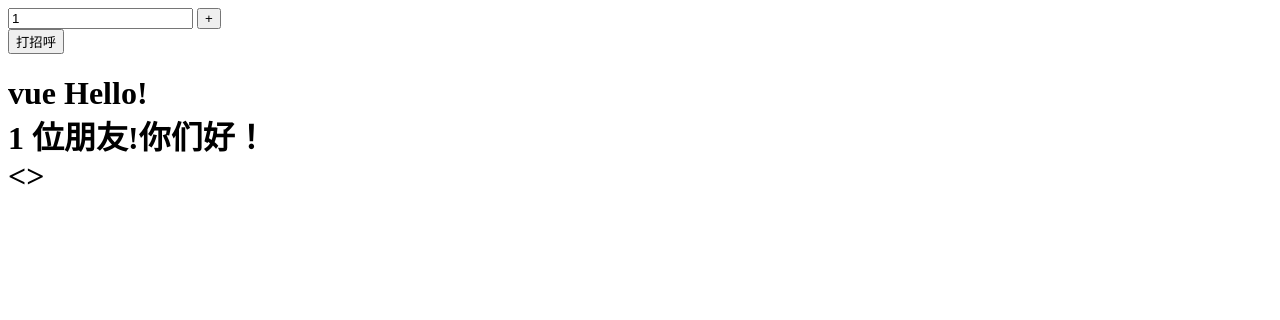
Repository: SOROoi/Web_front-end
Page: Web01_Vue/src/main/webapp/index.html
The author's editor kept a copy of each file at every save. The page is drawn from the files as they stood at one save, then again after the next save.
The browser window is 1280 px wide. The pictures show the whole page.

Above is the page before, as saved 2020-07-11 08:47:15.

### Web01_Vue/src/main/webapp/index.html
<!DOCTYPE html>
<html>
<head>
<meta charset="UTF-8">
<title>Insert title here</title>
<script src="js/vue.js"></script>

</head>
<body>
	<div id="app">
		<input type="text" v-model="num" @click="num++">
		<button @click="num++">+</button><br>
		<button @click="sayhi('大家都好！')">打招呼</button>
		<h1>
			<span v-text="name"></span> Hello! <br> {{num}} 位朋友!{{message}}<br> <>
		</h1>
	</div>
</body>

<script>
	new Vue({
		el : "#app",
		data : {
			name : "vue",
			num : 1,
			message : "你们好！",
			word : "<h1>世界和平</h1>"
		},
		methods : {
			sayhi : function(msg) {
				this.message = msg;
			}
		},
		created : function() {
			console.log("Vue实例创建了");
		},
	});
</script>
</html>

Loaded but not shown: Web01_Vue/src/main/webapp/js/vue.js (library)

After the next save:
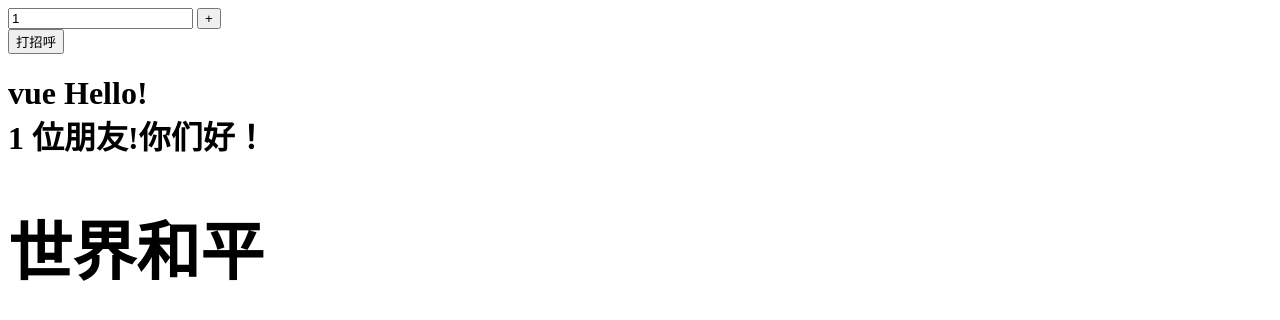
Saved 40 s later.
--- a/Web01_Vue/src/main/webapp/index.html
+++ b/Web01_Vue/src/main/webapp/index.html
@@ -12,7 +12,8 @@
 		<button @click="num++">+</button><br>
 		<button @click="sayhi('大家都好！')">打招呼</button>
 		<h1>
-			<span v-text="name"></span> Hello! <br> {{num}} 位朋友!{{message}}<br> <>
+			<span v-text="name"></span> Hello! <br> {{num}} 位朋友!{{message}}<br>
+			<span v-html="word"></span>
 		</h1>
 	</div>
 </body>
